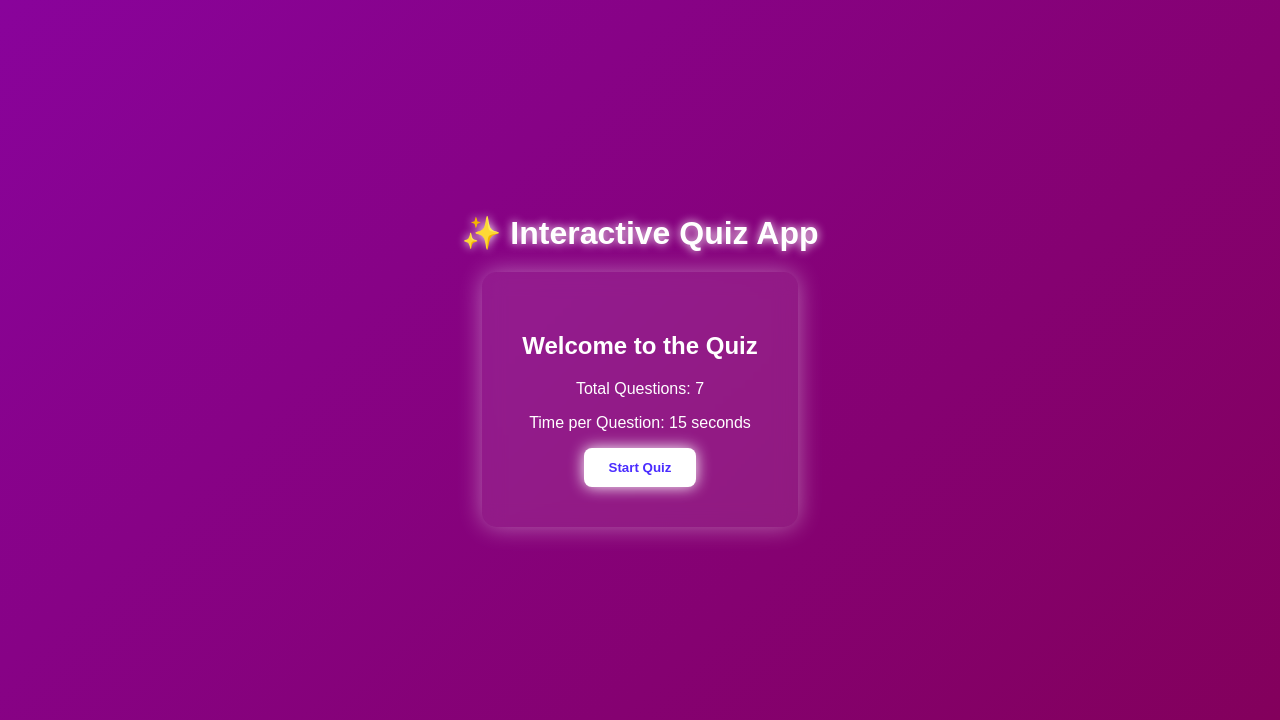
Repository: fatimaqueen9967-eng/SyntacexhubQuizApp
Page: index.html
The author's editor kept a copy of each file at every save. The page is drawn from the files as they stood at one save, then again after a run of saves.
The browser window is 1280 px wide. The pictures show the whole page.

Above is the page before, as saved 2026-03-15 20:31:08.

### index.html
<!DOCTYPE html>
<html lang="en">
<head>
<meta charset="UTF-8">
<meta name="viewport" content="width=device-width, initial-scale=1.0">
<title>Quiz App</title>
<link rel="stylesheet" href="style.css">
</head>

<body>

<h1 class="title">✨ Interactive Quiz App</h1>

<!-- START SCREEN -->

<div id="startScreen" class="start-screen">

<h2>Welcome to the Quiz</h2>

<p>Total Questions: <span id="totalQ"></span></p>
<p>Time per Question: 15 seconds</p>

<button id="startBtn">Start Quiz</button>

</div>

<!-- QUIZ BOX -->

<div class="box hidden">

<div class="progress-bar">
<div id="progress"></div>
</div>

<div class="top-bar">
<span id="counter"></span>
<span id="timer">⏱ 15s</span>
</div>

<div id="question"></div>

<div id="options" class="options"></div>

<div id="answer-info"></div>

<button id="nextBtn">Next</button>

</div>

<!-- RESULT -->

<div id="result" class="result-box hidden">

<div class="circle">
<span id="scorePercent">0%</span>
</div>

<h2>Quiz Result</h2>

<p id="correct"></p>
<p id="wrong"></p>

<button onclick="location.reload()">Restart Quiz</button>

</div>

<script src="script.js"></script>

</body>
</html>

### style.css
body{
background:linear-gradient(135deg,#89039b,#83005c);
font-family:Arial;
display:flex;
flex-direction:column;
align-items:center;
justify-content:center;
min-height:100vh;
margin:0;
color:white;
}

/* TITLE */

.title{
margin-bottom:20px;
text-shadow:0 0 10px white;
}

/* START SCREEN */

.start-screen{
background:rgba(255,255,255,0.1);
padding:40px;
border-radius:15px;
text-align:center;
box-shadow:0 0 25px rgba(255,255,255,0.4);
backdrop-filter:blur(10px);
animation:fadeIn 1s;
}

.start-screen button{
padding:12px 25px;
border:none;
border-radius:8px;
background:#fff;
color:#4b2cff;
font-weight:bold;
cursor:pointer;
box-shadow:0 0 15px white;
transition:.3s;
}

.start-screen button:hover{
transform:scale(1.1);
}

/* QUIZ BOX */

.box{
background:white;
color:#333;
width:420px;
max-width:90%;
padding:25px;
border-radius:12px;
box-shadow:0 0 25px rgba(0,0,0,0.3);
animation:fadeIn .5s;
}

.hidden{
display:none;
}

/* PROGRESS BAR */

.progress-bar{
width:100%;
height:8px;
background:#ddd;
border-radius:10px;
overflow:hidden;
margin-bottom:15px;
}

#progress{
height:100%;
width:0%;
background:linear-gradient(90deg,#4b2cff,#00c6ff);
transition:width .4s;
}

/* TOP BAR */

.top-bar{
display:flex;
justify-content:space-between;
margin-bottom:10px;
font-weight:bold;
}

/* QUESTION */

#question{
font-size:18px;
margin-bottom:15px;
}

/* OPTIONS */

.options button{
display:block;
width:100%;
padding:10px;
margin:8px 0;
border:none;
border-radius:8px;
background:#4b2cff;
color:white;
cursor:pointer;
transition:.3s;
}

.options button:hover{
transform:scale(1.05);
background:#2f1acc;
}

/* ANSWERS */

.correct{
background:#27ae60 !important;
}

.wrong{
background:#e74c3c !important;
}

/* CORRECT ANSWER TEXT */

#answer-info{
margin-top:10px;
font-weight:bold;
color:red;
}

/* NEXT BUTTON */

#nextBtn{
margin-top:15px;
padding:10px 20px;
background:#4b2cff;
color:white;
border:none;
border-radius:6px;
cursor:pointer;
}

/* RESULT */

.result-box{
text-align:center;
background:white;
color:#333;
padding:30px;
border-radius:12px;
width:350px;
max-width:90%;
box-shadow:0 0 25px rgba(0,0,0,0.3);
}

.circle{
width:150px;
height:150px;
border-radius:50%;
border:12px solid #4b2cff;
display:flex;
align-items:center;
justify-content:center;
font-size:28px;
font-weight:bold;
margin:20px auto;
animation:pop .6s;
}

/* ANIMATIONS */

@keyframes pop{
from{transform:scale(.5);opacity:0}
to{transform:scale(1)}
}

@keyframes fadeIn{
from{opacity:0;transform:translateY(20px)}
to{opacity:1}
}

/* RESPONSIVE */

@media(max-width:600px){

.box{
padding:20px;
}

#question{
font-size:16px;
}

.options button{
font-size:14px;
}

.circle{
width:120px;
height:120px;
font-size:22px;
}

}

### script.js
// Quiz Data
const quizData=[
{
question:"What is the capital of France?",
options:["Berlin","Madrid","Paris","Rome"],
answer:"Paris"
},
{
question:"Full form of HTML?",
options:["Hyper Text Markup Language","High Text Markup Language","Hyper Text Market Language","None"],
answer:"Hyper Text Markup Language"
},
{
question:"Founder of Microsoft?",
options:["Steve Jobs","Bill Gates","Mark Zuckerberg","Elon Musk"],
answer:"Bill Gates"
},
{
question:"Why do we use CSS?",
options:["To structure the content","To style the content","To add interactivity"],
answer:"To style the content"
},
{
question:"DOM stands for?",
options:["Document Object Model","Data Object Model","Document Oriented Model","Data Oriented Model"],
answer:"Document Object Model"
},
{
question:"What does CreateElement do in JavaScript?",
options:["Creates a new HTML element","Deletes an HTML element","Updates an HTML element"],
answer:"Creates a new HTML element"
},
{
question:"What is Bootstrap?",
options:["A CSS framework","A JavaScript library","A Python framework"],
answer:"A CSS framework"
}
]

// DOM Elements
let currentQuestion=0
let score=0
let wrong=0
let timer
let timeLeft=15

const startBtn=document.getElementById("startBtn")
const startScreen=document.getElementById("startScreen")
const totalQ=document.getElementById("totalQ")
const counter=document.getElementById("counter")

const questionEl=document.getElementById("question")
const optionsEl=document.getElementById("options")
const nextBtn=document.getElementById("nextBtn")
const timerEl=document.getElementById("timer")
const progress=document.getElementById("progress")
const answerInfo=document.getElementById("answer-info")

// Show total questions on start screen
totalQ.innerText=quizData.length

// Start Quiz
startBtn.onclick=()=>{
    startScreen.classList.add("hidden")
    document.querySelector(".box").classList.remove("hidden")
    loadQuestion()
}

// Load Question
function loadQuestion(){
    clearInterval(timer)
    timeLeft=15
    startTimer()

    let q=quizData[currentQuestion]
    questionEl.innerText=q.question
    optionsEl.innerHTML=""
    answerInfo.innerHTML=""

    // Progress bar
    progress.style.width=(currentQuestion/quizData.length)*100+"%"

    // Question counter
    counter.innerText=(currentQuestion+1)+" / "+quizData.length

    // Options buttons
    q.options.forEach(option=>{
        let btn=document.createElement("button")
        btn.innerText=option
        btn.onclick=()=>selectAnswer(btn,option,q.answer)
        optionsEl.appendChild(btn)
    })
}

// Timer Function
function startTimer(){
    timerEl.innerText="⏱ "+timeLeft+"s"
    timer=setInterval(()=>{
        timeLeft--
        timerEl.innerText="⏱ "+timeLeft+"s"
        if(timeLeft<=0){
            clearInterval(timer)
            showCorrectAnswer()
        }
    },1000)
}

// Select Answer
function selectAnswer(button,option,correct){
    clearInterval(timer)
    let buttons=document.querySelectorAll(".options button")
    buttons.forEach(btn=>btn.disabled=true)

    if(option===correct){
        button.classList.add("correct")
        score++
    }else{
        button.classList.add("wrong")
        wrong++
        showCorrectAnswer()
    }
}

// Show Correct Answer
function showCorrectAnswer(){
    let q=quizData[currentQuestion]
    let buttons=document.querySelectorAll(".options button")
    buttons.forEach(btn=>{
        if(btn.innerText===q.answer){
            btn.classList.add("correct")
        }
    })
    answerInfo.innerText="Correct Answer: "+q.answer
}

// Next Button
nextBtn.onclick=()=>{
    currentQuestion++
    if(currentQuestion<quizData.length){
        loadQuestion()
    }else{
        showResult()
    }
}

// Show Result
function showResult(){
    document.querySelector(".box").style.display="none"
    let result=document.getElementById("result")
    result.classList.remove("hidden")

    let percent=Math.round((score/quizData.length)*100)
    document.getElementById("scorePercent").innerText=percent+"%"
    document.getElementById("correct").innerText="Correct Answers: "+score
    document.getElementById("wrong").innerText="Wrong Answers: "+wrong
}

After the next 3 saves:
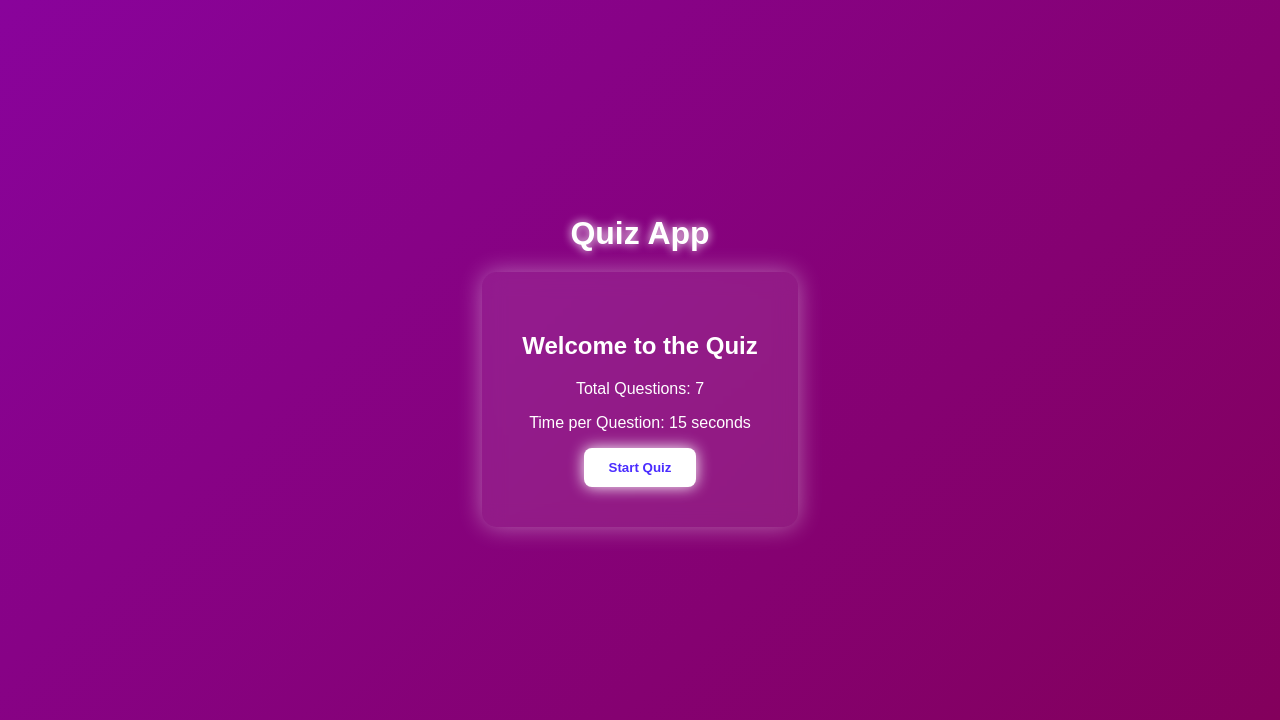
The 3 saves are shown as one change because they came seconds apart.
The last was saved 22 s later.
--- a/index.html
+++ b/index.html
@@ -9,7 +9,7 @@
 
 <body>
 
-<h1 class="title">✨ Interactive Quiz App</h1>
+<h1 class="title"> Quiz App</h1>
 
 <!-- START SCREEN -->
 
